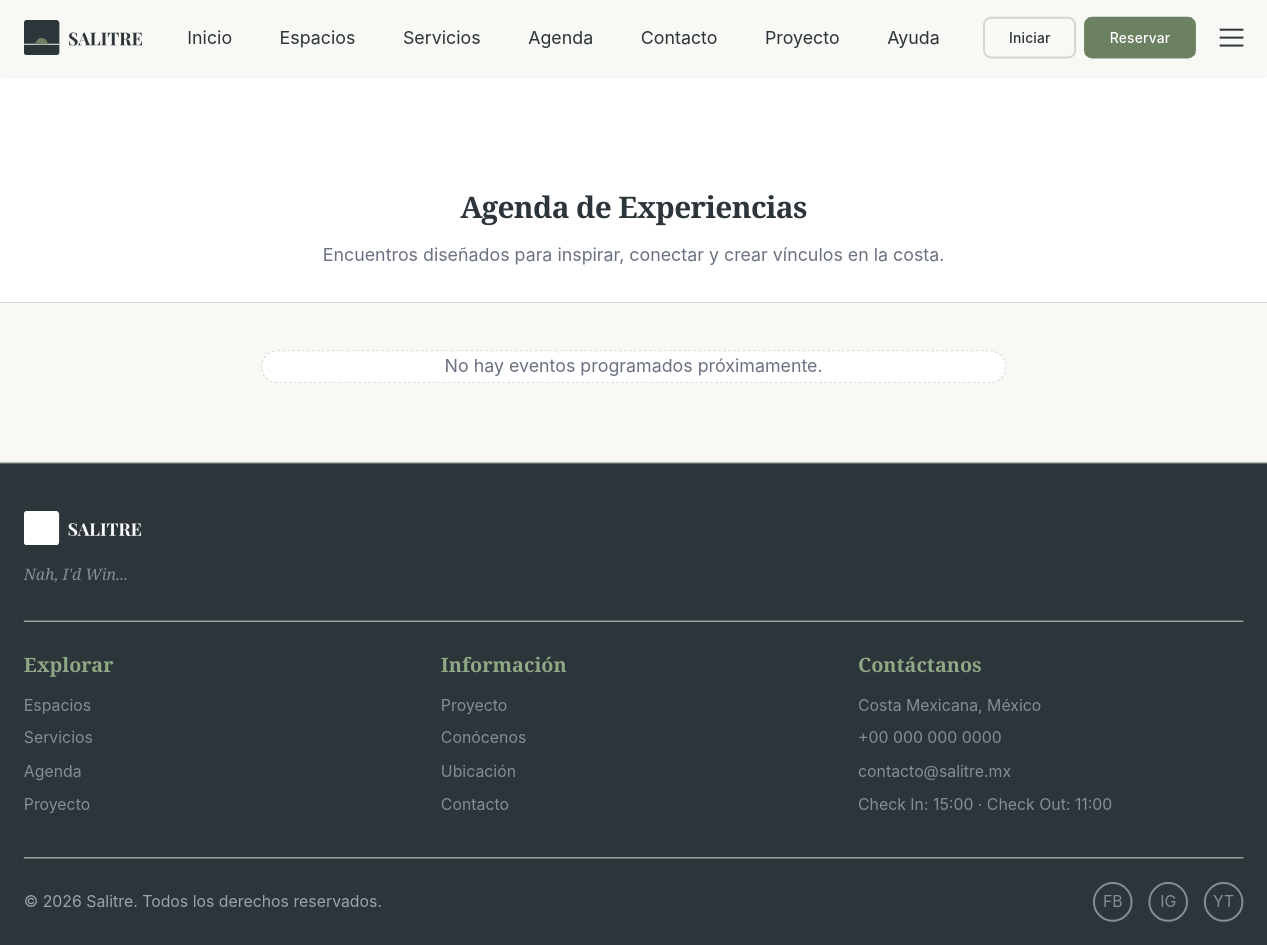
Repository: Elias01LOM/salitre-hotel
Page: http://localhost/salitre/client/agenda/index.php
An editor plug-in stored every save of this project. The page is shown before and after a run of saves, followed by the edit.
The browser window is 1280 px wide. The pictures show the whole page, at 99% of full size.
The page is run by PHP 8.4 with error messages shown; the project is at /var/www/html/. The database holds what the project's SQL file puts in it.

Above is the page before, as saved 2026-04-03 19:36:17.

After the next 2 saves:
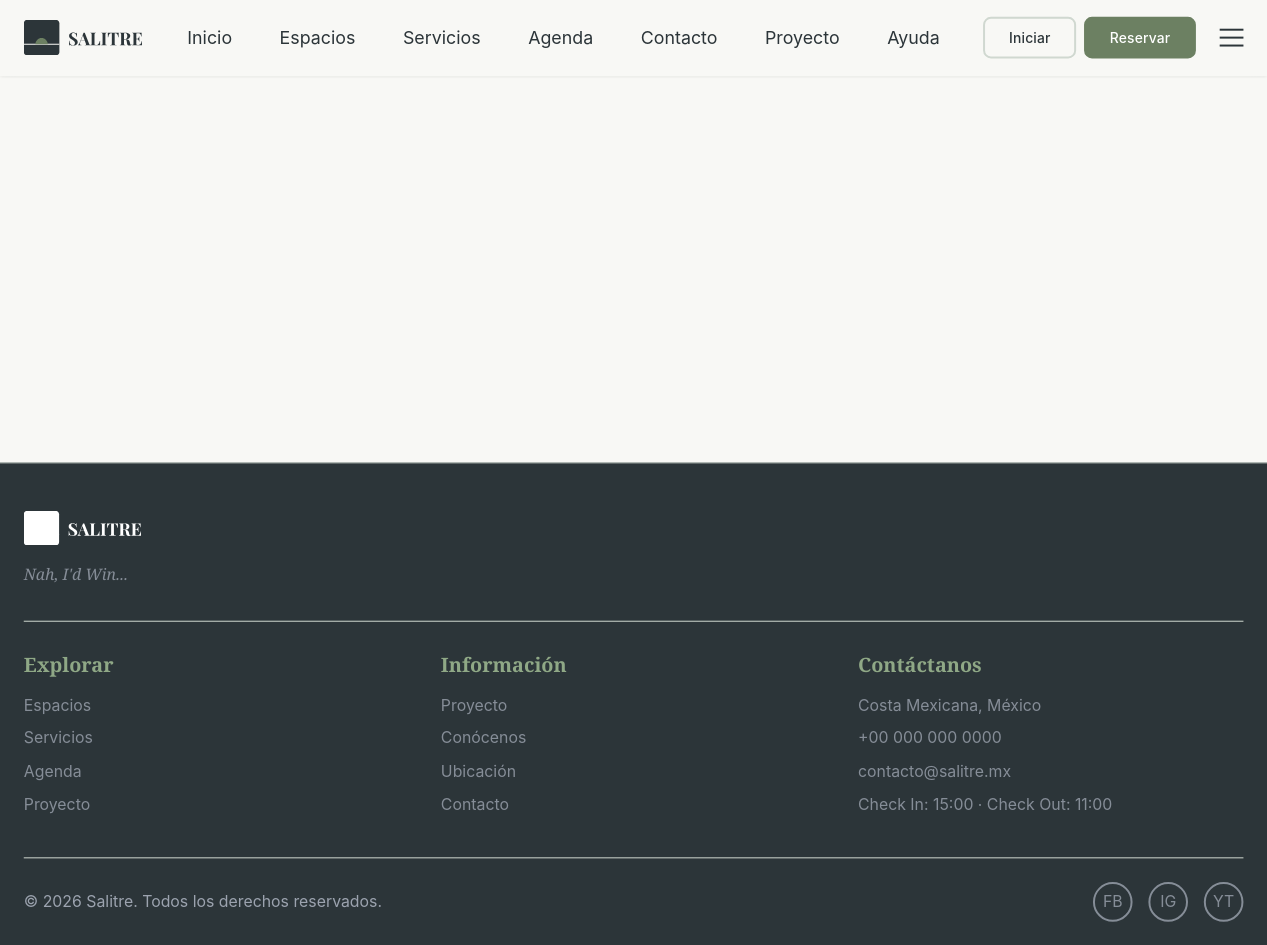
Console error: SyntaxError: Unexpected token '*'
The 2 saves are shown as one change because they came seconds apart.
The last was saved 13 s later.
--- a/assets/js/shared/animations.js
+++ b/assets/js/shared/animations.js
@@ -1,6 +1,6 @@
 /* Animaciones de Scroll para Salitre */
 
-/**
+/** */
  * initScrollAnimations()
  * ─────────────────────
  * Observa todos los elementos con clase .fade-in y les añade

After the save that followed:
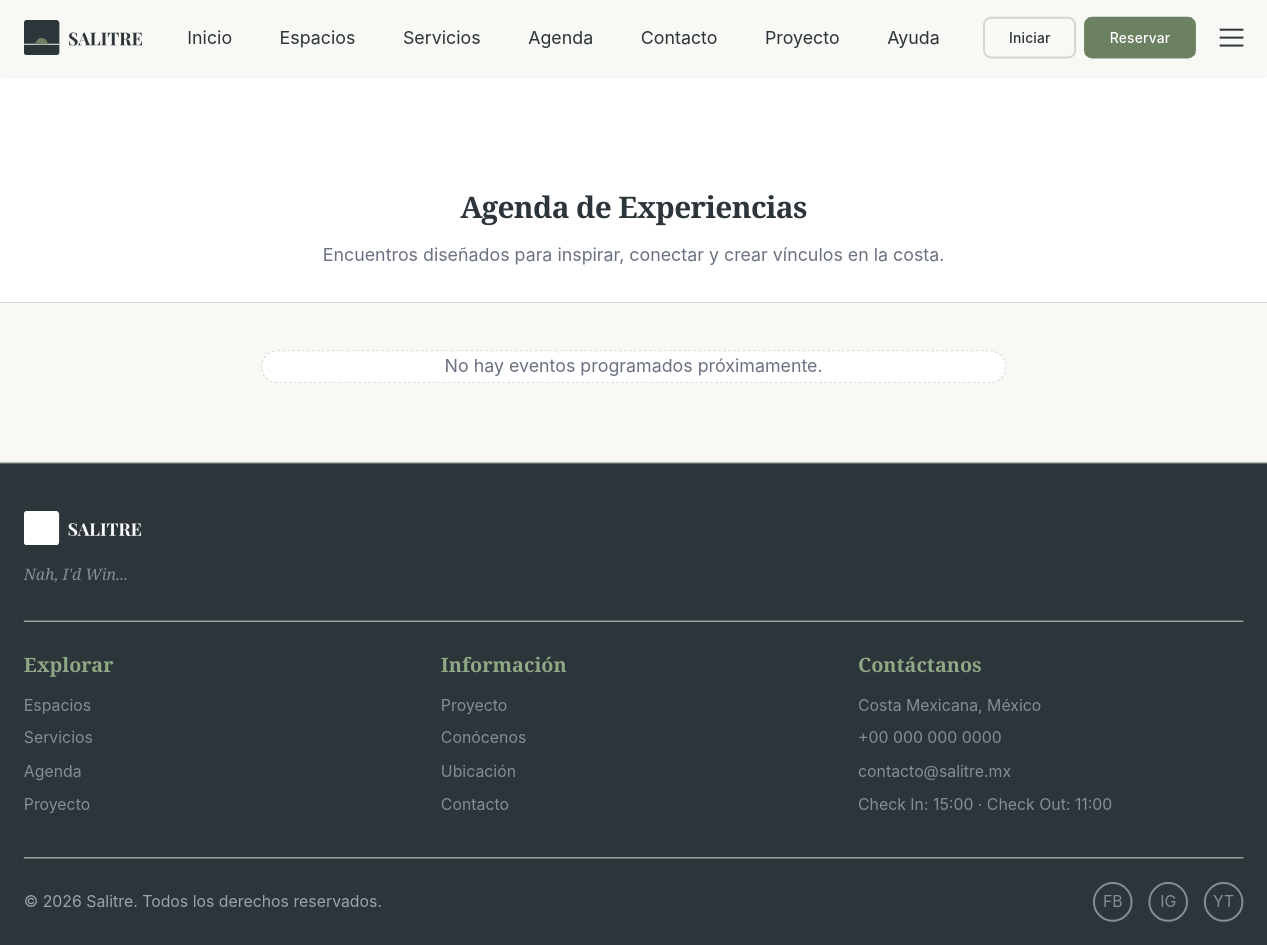
The error is gone.
Saved 4 s later.
--- a/assets/js/shared/animations.js
+++ b/assets/js/shared/animations.js
@@ -1,6 +1,6 @@
 /* Animaciones de Scroll para Salitre */
 
-/** */
+/**
  * initScrollAnimations()
  * ─────────────────────
  * Observa todos los elementos con clase .fade-in y les añade
